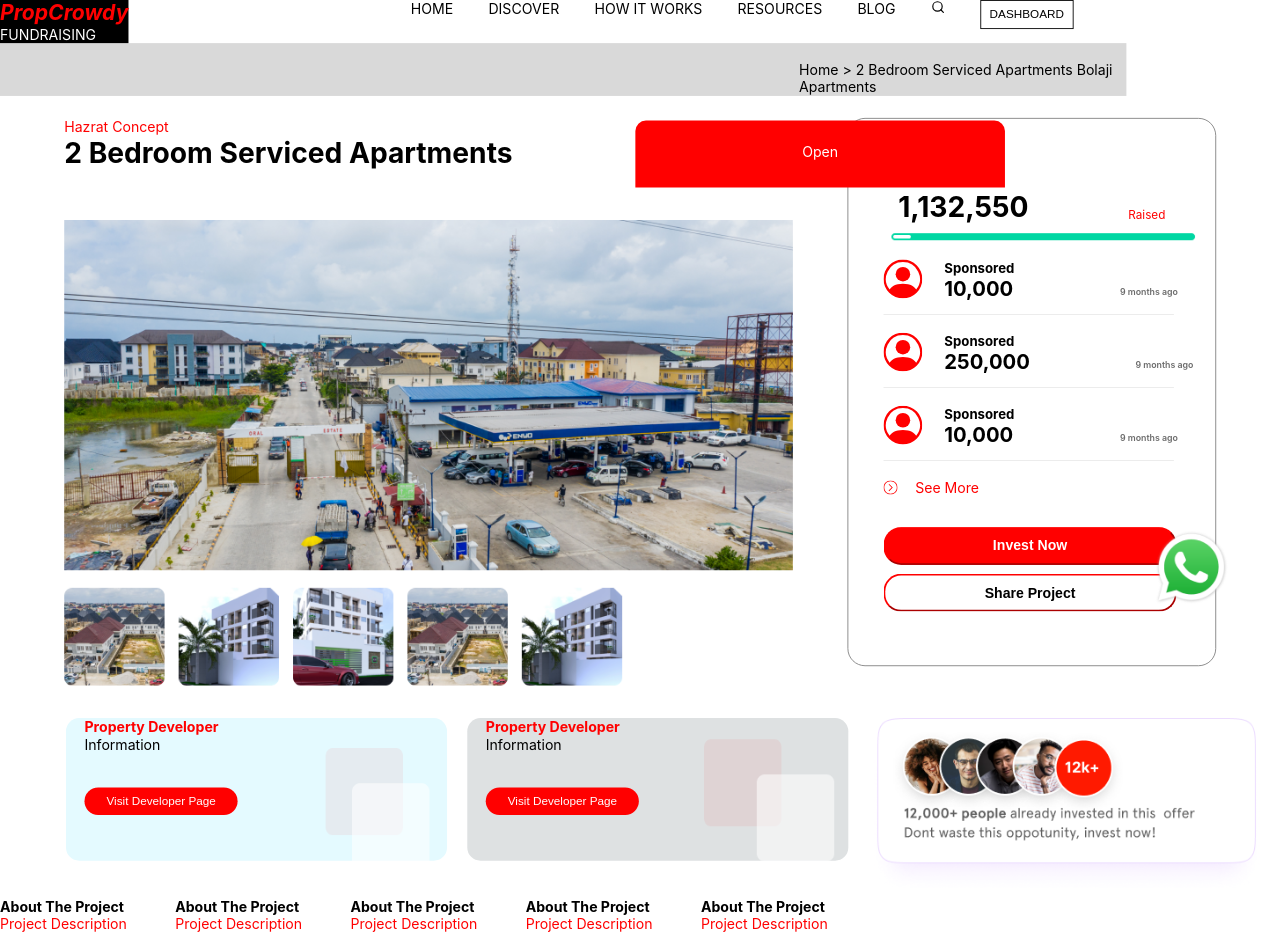
Repository: uh-sman/Popcrowdy
Page: /
An editor plug-in stored every save of this project. The page is shown before and after the next save, followed by the edit.
The browser window is 1280 px wide. The page is 1437 px wide, so the pictures cover 1437 px, including what lies to the right of the window. The pictures show the whole page, at 88% of full size.
The project was rebuilt for these pictures with package versions that can differ from the ones it lists, and the page was loaded fresh each time.

Above is the page before, as saved 2022-11-13 20:49:39.

### src/App.js
import "./App.css";
import { Navbar, Hero } from "./components";
import Scroll from "./components/Section/Scroll";
import SubCard from "./components/Section/SubCard";
import SubNav from "./components/SubNav";

function App() {
  return (
    <div className="App">
      <Navbar />
      <SubNav />
      <Hero />
      <SubCard />
      <Scroll />
    </div>
  );
}

export default App;

### src/App.css
* {
  text-decoration: none;
  list-style: none;
  padding: 0px;
  margin: 0;
  box-sizing: border-box;
}

### src/components/index.js
export { default as Navbar } from "./Navbar";
export { default as Hero } from "./Section/Hero";
// export { default as Card } from "./Section/Card";

### src/components/Section/Scroll.js
import React from "react";
import "./scroll.css";
const Scroll = () => {
  return (
    <div>
      <div className="scrollContainer">
        <div>
          <h4>About The Project</h4>
          <p style={{ color: "red" }}>Project Description</p>
        </div>
        <div>
          <h4>About The Project</h4>
          <p style={{ color: "red" }}>Project Description</p>
        </div>
        <div>
          <h4>About The Project</h4>
          <p style={{ color: "red" }}>Project Description</p>
        </div>
        <div>
          <h4>About The Project</h4>
          <p style={{ color: "red" }}>Project Description</p>
        </div>
        <div>
          <h4>About The Project</h4>
          <p style={{ color: "red" }}>Project Description</p>
        </div>
      </div>
    </div>
  );
};

export default Scroll;

### src/components/Section/SubCard.jsx
import React from "react";
import img1 from "../assets/Group.png";
import img2 from "../assets/Rectangle44.png";
import group from "../assets/Group2.png";
import "./subcard.css";
const SubCard = () => {
  return (
    <div>
      <div
        style={{
          display: "flex",
          gap: "23px",
          marginLeft: "75px",
          marginTop: "37px",
        }}
      >
        <div
          style={{
            backgroundColor: "#E4FAFF",
            borderRadius: "15px",
            height: "162px",
          }}
        >
          <div className="texts">
            <h4 style={{ color: "red", width: "412px" }}>Property Developer</h4>
            <p>Information</p>
            <button className="button" style={{ marginTop: "39px" }}>
              Visit Developer Page
            </button>
          </div>
          <div className="box">
            <img src={img1} className="box3" />
            <img src={img2} className="box4" />
          </div>
        </div>
        <div
          style={{
            backgroundColor: "#DEE1E2",
            borderRadius: "15px",
            height: "162px",
          }}
        >
          <div style={{ display: "flex" }}>
            <div className="texts">
              <h4 style={{ color: "red", width: "412px" }}>
                Property Developer
              </h4>
              <p>Information</p>
              <button className="button" style={{ marginTop: "39px" }}>
                Visit Developer Page
              </button>
            </div>
            {/*  */}
            <div className="box">
              <img src={img1} className="box1" />
              <img src={img2} className="box2" />
            </div>
          </div>
        </div>
        <div>
          <img src={group} />
        </div>
      </div>
    </div>
  );
};

export default SubCard;
// height: "162px";

### src/components/SubNav.jsx
import React from "react";

const SubNav = () => {
  return (
    <div style={{ marginBottom: "25px" }}>
      <div style={{ background: "#D9D9D9 50%", width: "100%", height: "60px" }}>
        <p style={{ marginLeft: "908px", paddingTop: "20px" }}>
          Home {">"} 2 Bedroom Serviced Apartments Bolaji Apartments
        </p>
      </div>
    </div>
  );
};

export default SubNav;

### src/components/Navbar.jsx
import React from "react";
import "./navbar.css";
import { FiSearch } from "react-icons/fi";
const Navbar = () => {
  return (
    <div style={{}}>
      <nav>
        <div className="navbar-container">
          <div style={{ backgroundColor: "black" }}>
            <h1>
              <p style={{ color: "red" }}>
                <i>PropCrowdy</i>
              </p>
            </h1>
            <p style={{ color: "white" }}>FUNDRAISING</p>
          </div>
          <div>
            <ul className="nav-list">
              <li>HOME</li>
              <li>DISCOVER</li>
              <li>HOW IT WORKS</li>
              <li>RESOURCES</li>
              <li>BLOG</li>
              <FiSearch />
              <button className="btn">DASHBOARD</button>
            </ul>
          </div>
        </div>
      </nav>
    </div>
  );
};

export default Navbar;

### src/components/Section/Hero.jsx
import React, { useState } from "react";
import "./hero.css";
import img1 from "../assets/Image-one.png";
import img2 from "../assets/Rectangle2.png";
import img3 from "../assets/Rectangle3.png";
import img4 from "../assets/Rectangle4.png";
import img5 from "../assets/Rectangle5.png";
import img6 from "../assets/Rectangle6.png";
import Card from "./Card";
const Hero = () => {
  const [selected, setIsSelected] = useState(false);
  const [isSelected, setSelected] = useState(false);
  //    document.getElementById("select");
  if (selected) {
    // show the current image
    console.log("hello");
  } else {
    console.log("not selected");
  }
  return (
    <div className="hero-container">
      <div className="flexed-card">
        <div>
          <div style={{ marginBottom: "57px" }}>
            <p style={{ color: "red" }}>Hazrat Concept</p>
            <h1 style={{ fontWeight: "900px" }}>
              2 Bedroom Serviced Apartments
            </h1>
          </div>
          <div
            id="select"
            value={selected}
            onClick={(e) => setIsSelected(!selected)}
          >
            <img src={img1} />
          </div>
          <div style={{ marginTop: "16px" }}>
            <div className="sub-card">
              <img src={img2} />
              <img src={img3} />
              <img src={img4} />
              <img src={img5} />
              <img src={img6} />
            </div>
          </div>
        </div>
        <div>
          <Card />
        </div>
      </div>
    </div>
  );
};

export default Hero;

### src/components/Section/scroll.css
.scrollContainer {
  display: flex;
  overflow-x: scroll;
  gap: 55px;
}

### src/components/Section/subcard.css
.button {
  padding: 8px 25px;
  background-color: red;
  color: white;
  border-radius: 47px;
  border: none;
}
.texts {
  margin-left: 21px;
}
.box {
  margin-top: 24px;
  /* margin-left: 25px; */
}
.box2 {
  /* margin-left: -50px;
  margin-top: 50px; */
  position: absolute;
  position: absolute;
  width: 88px;
  height: 99px;
  left: 860px;
  top: 880px;
}
.box3 {
  /* margin-left: -50px;
  margin-top: 50px; */
  position: absolute;
  position: absolute;
  width: 88px;
  height: 99px;
  left: 370px;
  top: 850px;
}
.box1 {
  /* margin-left: -50px;
  margin-top: 50px; */
  position: absolute;
  position: absolute;
  width: 88px;
  height: 99px;
  left: 800px;
  top: 840px;
}
.box4 {
  /* margin-left: -50px;
  margin-top: 50px; */
  position: absolute;
  position: absolute;
  width: 88px;
  height: 99px;
  left: 400px;
  top: 890px;
}

### src/components/navbar.css
.navbar-container {
  display: flex;
  justify-content: space-between;
}
.nav-list {
  display: flex;
  gap: 40px;
  margin-right: 60px;
}
.btn {
  background-color: white;
  border: 1px solid black;
  padding: 8px 10px;
  font-weight: 500;
}

### src/components/Section/hero.css
.hero-container {
  margin-left: 73px;
}
.sub-card {
  display: flex;
  gap: 16px;
}
.flexed-card {
  display: flex;
  gap: 62px;
}

### src/components/Section/Card.jsx
import React from "react";
import { data } from "./data";
import img from "../assets/Progressbar.png";
import logo from "../assets/WhatsApp 1.png";
import { BsPersonCircle } from "react-icons/bs";
import { TfiArrowCircleRight } from "react-icons/tfi";
import "./card.css";
const Card = () => {
  return (
    <div>
      <div style={{ border: "1px solid gray" }} className="card">
        <div
          className="header"
          title="header"
          style={{
            backgroundColor: "red",
            borderTopLeftRadius: "12px",
            borderTopRightRadius: "12px",
            textAlign: "center",
            height: "75.92px",
          }}
        >
          <p
            style={{
              color: "white",
              marginTop: "25px",
            }}
          >
            Open
          </p>
        </div>
        <div>
          <div
            style={{
              display: "flex",
              justifyContent: "space-around",
              marginBottom: "20px",
              marginTop: "20px",
            }}
          >
            <h1>1,132,550 </h1>
            <small style={{ color: "red", marginTop: "20px" }}>Raised</small>
          </div>
          <img src={img} className="rectangle" />
        </div>
        <div className="rightBody-subcont">
          {data &&
            data.map(({ title, id, amount }) => {
              return (
                <div className="sponsor-cont" key={id}>
                  <div className="sponsor-subcont">
                    <div className="user-img">
                      <BsPersonCircle
                        style={{
                          color: "red",
                          height: "44.099998474121094px",
                          width: " 44.099998474121094px",
                          left: "0.45001220703125px",
                          top: " 0.45001220703125px",
                          borderRadius: "0px",
                        }}
                      />
                    </div>

                    <div className="spons-cover">
                      <div className="sponsor">Sponsored</div>
                      <div className="sponsoramt">{amount}</div>
                    </div>

                    <div className="month">9 months ago</div>
                  </div>

                  <div className="line"></div>
                </div>
              );
            })}
          <div
            style={{
              display: "flex",
              alignItems: "center",
              gap: "20px",
              marginLeft: "40px",
              paddingTop: "20px",
              paddingBottom: "20px",
            }}
          >
            <TfiArrowCircleRight style={{ color: "red" }} />
            <p style={{ color: "red" }}>See More</p>
          </div>
          <div className="rightBodybtns">
            <div className="rightBodybtn1-cont">
              <button className="rightBodybtn1">Invest Now</button>
            </div>

            <div className="rightBodybtn2-cont">
              <button className="rightBodybtn2">Share Project</button>
            </div>
            <img src={logo} className="logo" />
          </div>
        </div>
      </div>
    </div>
  );
};

export default Card;
{
  /* <div className="rightBody-subcont">
  {data &&
    data.map(({ title, id, amount }) => {
      return (
        <div className="sponsor-cont" key={id}>
          <div className="sponsor-subcont">
            <div className="user-img">
              <img src={user} />
            </div>

            <div className="spons-cover">
              <div className="sponsor">Sponsored</div>
              <div className="sponsoramt">{amount}</div>
            </div>

            <div className="month">9 months ago</div>
          </div>

          <div className="line"></div>
        </div>
      );
    })}
</div>;

{
  data &&
    data.map(({ title, id, amount }) => {
      return (
        <div className="list" style={{ marginLeft: "50.45px" }} key={id}>
          <li className="icon">
            <BsPersonCircle
              style={{
                color: "red",
                height: "44.099998474121094px",
                width: " 44.099998474121094px",
                left: "0.45001220703125px",
                top: " 0.45001220703125px",
                borderRadius: "0px",
              }}
            />
            {title}
          </li>
          <div
            style={{
              display: "flex",
              justifyContent: "space-around",
              marginLeft: "12px",
              borderBottom: "0.3px solid gray",
            }}
          >
            <p>{amount}</p>

            <small title="time">1 month ago</small>
          </div>
        </div>
      );
    });
} */
}

### src/components/Section/data.js
export const data = [
  {
    id: 1,
    title: "Sponsored",
    amount: "10,000",
  },
  {
    id: 2,
    title: "Sponsored",
    amount: "250,000",
  },
  {
    id: 3,
    title: "Sponsored",
    amount: "10,000",
  },
];

### src/components/Section/card.css
.card {
  /* position: absolute; */
  display: flex;
  flex-direction: column;
  justify-content: center;
  width: 419px;
  height: 623px;
  /* padding: 0px 0px; */
  /* left: 963px; */
  top: 267px;
  background: linear-gradient(
    180deg,
    #fffafa 0%,
    rgba(255, 255, 255, 0.994792) 0.01%,
    rgba(237, 224, 224, 0) 100%
  );
  border-radius: 20px;
}
.header {
  position: absolute;
  top: 137px;
  right: 138px;
  width: 420px;
}
.icon {
  display: flex;
  align-items: center;
  gap: 27.45px;
  /* justify-content: center; */
}
.list {
  margin-bottom: 10px;
}
.rightBodybtn {
  width: 419px;
  height: 53px;
  font-size: 20px;
  background: #ff0000;
  color: #ffffff;
  border-top-right-radius: 12px;
  border-top-left-radius: 12px;
  font-weight: bold;
  border-color: #ff0000;
}

.rightBodyHead {
  display: flex;
}

.rightBodyHead-cont {
  padding: 40px 0px 0px 40px;
}

.raised {
  padding: 10px 0px 0px 15px;
}

.goal-subcont {
  display: flex;
  padding-top: 10px;
}

.goal {
  padding-right: 20px;
}

.goalamt {
  padding-top: 5px;
}

.oo {
  background: #fffafa;
}

.sponsor-subcont {
  display: flex;
}

.spons-cover {
  font-weight: 700;
  font-size: 15px;
  padding: 0px 0px 15px 25px;
}

.sponsor-cont {
  padding: 20px 0px 0px 40px;
}

.line {
  border-bottom: 1px solid rgba(0, 0, 0, 0.1);
  width: 330px;
}

.month {
  padding: 30px 0px 0px 120px;
  font-weight: 600;
  font-size: 10px;
  color: rgba(0, 0, 0, 0.58);
}

.sponsoramt {
  font-size: 23px;
}

.sponsor {
  font-size: 15px;
}

.seeMore a {
  text-decoration: none;
  color: #ff0000;
  font-size: 14px;
}

/* .seeMore-cont { */
.rightBodybtn {
  width: 419px;
  height: 53px;
  font-size: 20px;
  background: #ff0000;
  color: #ffffff;
  border-top-right-radius: 12px;
  border-top-left-radius: 12px;
  font-weight: bold;
  border-color: #ff0000;
}

.rightBodyHead {
  display: flex;
}

.rightBodyHead-cont {
  padding: 40px 0px 0px 40px;
}

.raised {
  padding: 10px 0px 0px 15px;
}

.goal-subcont {
  display: flex;
  padding-top: 10px;
}

.goal {
  padding-right: 20px;
}

.goalamt {
  padding-top: 5px;
}

.oo {
  background: #fffafa;
}

.sponsor-subcont {
  display: flex;
}

.spons-cover {
  font-weight: 700;
  font-size: 15px;
  padding: 0px 0px 15px 25px;
}

.sponsor-cont {
  padding: 20px 0px 0px 40px;
}

.line {
  border-bottom: 1px solid rgba(0, 0, 0, 0.1);
  width: 330px;
}

.month {
  padding: 30px 0px 0px 120px;
  font-weight: 600;
  font-size: 10px;
  color: rgba(0, 0, 0, 0.58);
}

.sponsoramt {
  font-size: 23px;
}

.sponsor {
  font-size: 15px;
}

.seeMore a {
  text-decoration: none;
  color: #ff0000;
  font-size: 14px;
}

.seeMore-cont {
  display: flex;
  padding-left: 40px;
  padding-top: 30px;
}

.moreIcon {
  padding-right: 10px;
  padding-top: 4px;
}

.rightBodybtn1 {
  width: 333px;
  height: 43.25px;
  border-radius: 20px;
  font-size: 16px;
  background: #ff0000;
  color: white;
  font-weight: bold;
  border-color: #ff0000;
}

.rightBodybtn2 {
  width: 333px;
  height: 43.25px;
  border-radius: 20px;
  font-size: 16px;
  border-color: #ff0000;
  font-weight: bold;
  background: white;
}

.rightBodybtns {
  padding-left: 40px;
}

.rightBodybtn1-cont {
  padding: 15px 0px 10px 0px;
}

.gg a {
  text-decoration: none;
}

.progress-cont {
  padding-top: 10px;
}
.rightBodybtn1 {
  width: 333px;
  height: 43.25px;
  border-radius: 20px;
  font-size: 16px;
  background: #ff0000;
  color: white;
  font-weight: bold;
  border-color: #ff0000;
}

.rightBodybtn2 {
  width: 333px;
  height: 43.25px;
  border-radius: 20px;
  font-size: 16px;
  border-color: #ff0000;
  font-weight: bold;
  background: white;
}

.rightBodybtns {
  padding-left: 40px;
}

.rightBodybtn1-cont {
  padding: 15px 0px 10px 0px;
}

.gg a {
  text-decoration: none;
}

.progress-cont {
  padding-top: 10px;
}

.goal-cont {
  padding-bottom: 40px;
}
.logo {
  position: absolute;
  width: 89.06px;
  height: 90px;
  left: 1310px;
  top: 600px;
}
.rectangle {
  position: absolute;
  width: 345px;
  height: 8px;
  left: 1013px;
  top: 265px;
}

Loaded but not shown: public/index.html (common file); src/index.js (common file); src/index.css (common file)

After the next save:
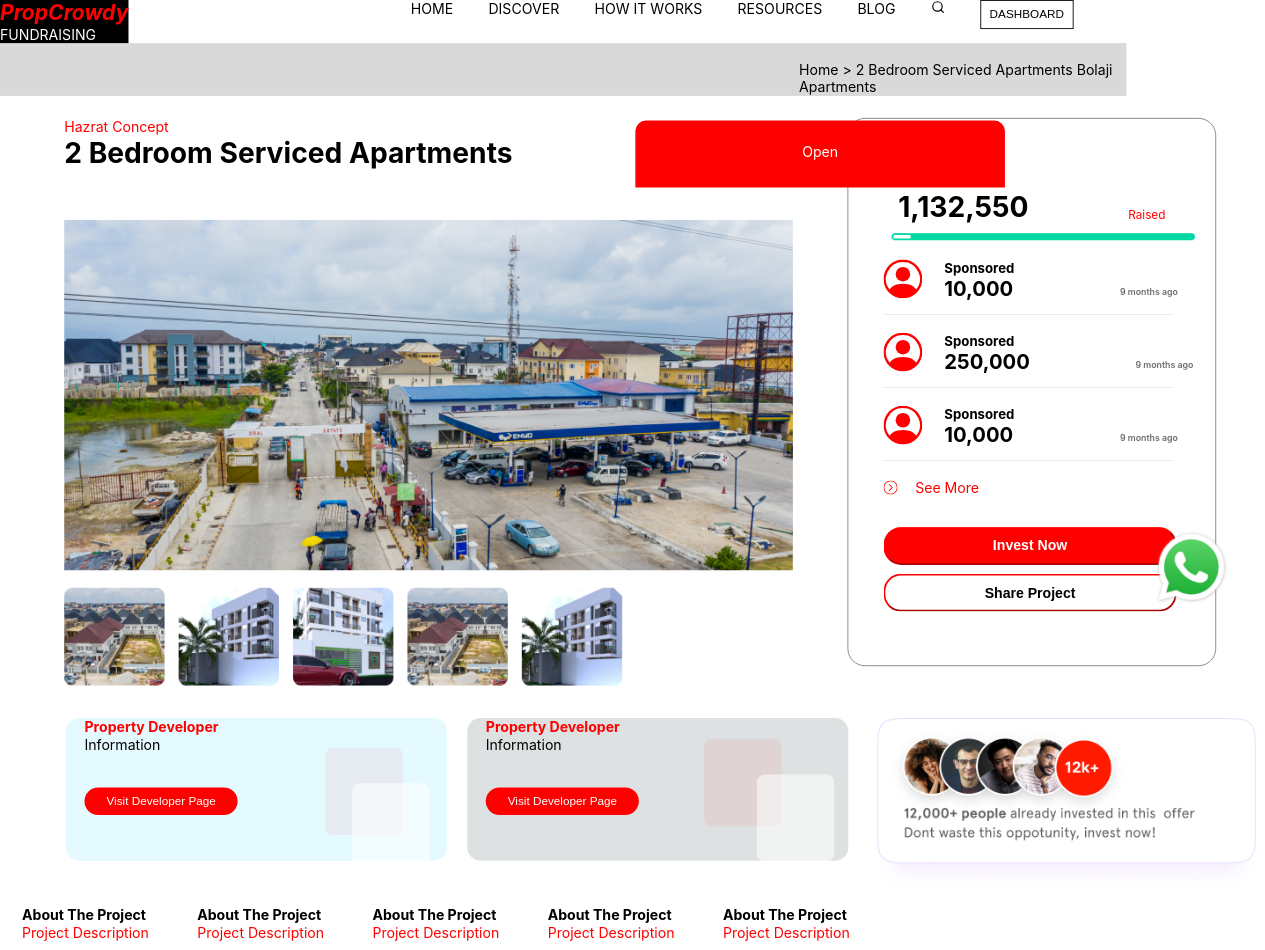
Saved 84 s later.
--- a/src/components/Section/scroll.css
+++ b/src/components/Section/scroll.css
@@ -1,4 +1,5 @@
 .scrollContainer {
+  margin: 10px 25px;
   display: flex;
   overflow-x: scroll;
   gap: 55px;
